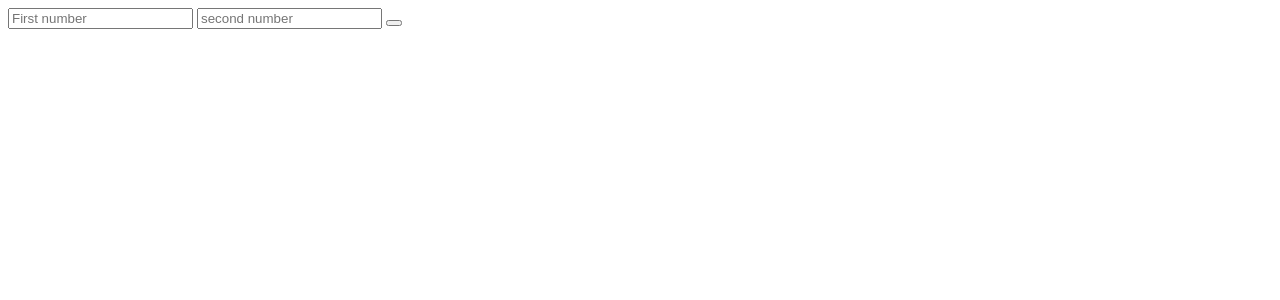
Repository: VISHALGUPTA100803/Harkirat_MERN
Page: Week 4/DOM_introduction/index.html
The author's editor kept a copy of each file at every save. The page is drawn from the files as they stood at one save, then again after a run of saves.
The browser window is 1280 px wide. The pictures show the whole page.

Above is the page before, as saved 2024-03-12 00:18:32.

After the next 2 saves:
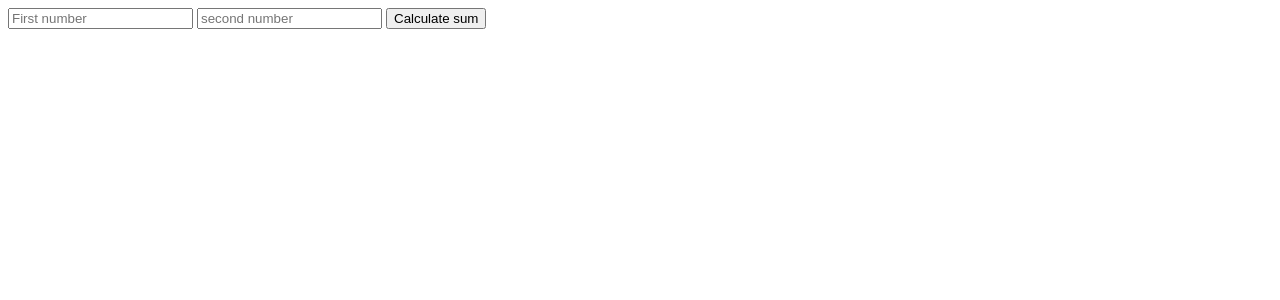
The 2 saves are shown as one change because they came seconds apart.
The last was saved 6 s later.
--- a/Week 4/DOM_introduction/index.html
+++ b/Week 4/DOM_introduction/index.html
@@ -2,6 +2,6 @@
     <body>
         <input type="text" placeholder="First number"></input>
         <input type="text" placeholder="second number"></input>
-        <button></button>
+        <button> Calculate sum</button>
     </body>
 </html>
